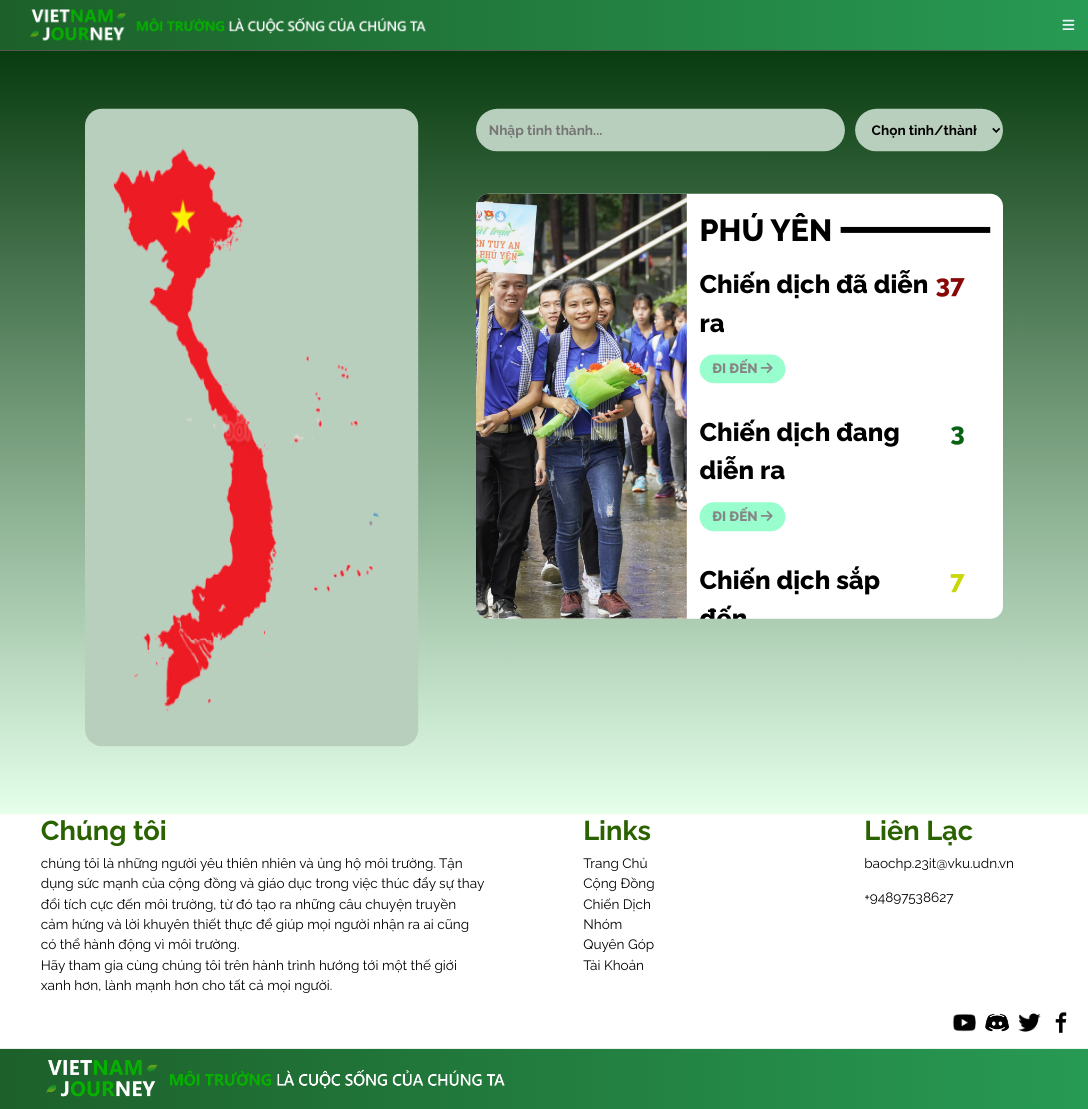
Repository: Boima12/Boima12.github.io_VietnamJourney
Page: HTML/ChienDich/ChienDich.html
An editor plug-in stored every save of this project. The page is shown before and after the next save, followed by the edit.
The browser window is 1280 px wide. The pictures show the whole page, at 85% of full size.

Above is the page before, as saved 2024-05-25 08:41:19.

### HTML/ChienDich/ChienDich.html
<!DOCTYPE html>
<HTML lang="en">

<HEAD>
    <TITLE>Chiến Dịch</TITLE>
    <meta charset="UTF-8">
    <meta name="viewport" content="width=device-width, initial-scale=1.0">

    <!-- Favicon -->
    <link rel="icon" type="image/x-icon" href="../../Images/yo.ico">

    <!--Bootstrap 5-->
    <link href="https://cdn.jsdelivr.net/npm/bootstrap@5.3.3/dist/css/bootstrap.min.css" rel="stylesheet">
    <script src="https://cdn.jsdelivr.net/npm/bootstrap@5.3.3/dist/js/bootstrap.bundle.min.js"></script>
    <!-- <link rel="stylesheet" href="https://cdn.jsdelivr.net/npm/bootstrap@4.6.2/dist/css/bootstrap.min.css" integrity="sha384-xOolHFLEh07PJGoPkLv1IbcEPTNtaed2xpHsD9ESMhqIYd0nLMwNLD69Npy4HI+N" crossorigin="anonymous"> -->
    <!-- Font Awesome -->
    <link rel="stylesheet" href="https://cdnjs.cloudflare.com/ajax/libs/font-awesome/6.5.1/css/all.min.css">

    <!-- CSS -->
    <link rel="stylesheet" href="ChienDich.css">
</HEAD>



<BODY style="background-color: #FFF4E6;">

    <!-- header là Navigation bar -->
    <header id="header1">
        <div class="logo">
            <img class="logo1" src="../../Images/header1.png" onclick="navToIntro()" style="height: 40px;">
            <img class="logo2" src="../../Images/header2.png" onclick="navToIntro()">
        </div>

        <div class="links">
            <nav>
                <a href="../TrangChu/TrangChu.html">TRANG CHỦ</a>
                <a href="../CongDong/CongDong.html">CỘNG ĐỒNG</a>
                <a href="../ChienDich/ChienDich.html">CHIẾN DỊCH</a>
                <a href="../Nhom/Nhom.html">NHÓM</a>
                <a href="../QuyenGop/QuyenGop.html">QUYÊN GÓP</a>
                <a href="../TaiKhoan/TaiKhoan.html">TÀI KHOẢN</a>
            </nav>
        </div>

        <div class="bar" onclick="MenuBar()">
            <i class="fa-solid fa-bars"></i>
        </div>

        <div id="overlay"></div>

        <div id="sidebar">
            <div class="sidebar-content">

                <div style="color: aliceblue;text-align: right;margin-top:0;" onclick="CloseBar()"><i
                        class="fa-solid fa-bars"></i></div>

                <!-- <p>VỀ CHÚNG TÔI <i class="fa-regular fa-address-card"></i></p> -->
                <a href="../TrangChu/TrangChu.html">TRANG CHỦ <i class="fa-solid fa-house"></i></a>
                <a href="../CongDong/CongDong.html">CỘNG ĐỒNG <i class="fa-solid fa-earth-americas"></i></a>
                <a href="../ChienDich/ChienDich.html">CHIẾN DỊCH <i class="fa-solid fa-fire"></i></a>
                <a href="../Nhom/Nhom.html">NHÓM <i class="fa-solid fa-people-group"></i></a>
                <a href="../QuyenGop/QuyenGop.html">QUYÊN GÓP <i class="fa-solid fa-hand-holding-dollar"></i></a>
                <a href="../TaiKhoan/TaiKhoan.html">TÀI KHOẢN <i class="fa-solid fa-user"></i></a>
            </div>

        </div>

    </header>
    <div style="height: 3rem;"></div> <!-- Cách một khoảng cho navigation bar -->















<!-- LÀM Ở ĐÂY -->
    <div class="section-one">
        <div class="container">
            <div class="row">
                <div class="col-xl-5  col-lg-5 col-md-12 col-sm-12 col-12">
                    <div class="map">
                        <img src="./images/bando.png" alt="bản đồ việt nam">
                    </div>
                </div>
                <div class="col-xl-7 col-lg-7 col-md-12 col-sm-12 col-12">
                    <div class="right">
                        <div class="search">
                            <input type="search" class="inner-search" placeholder="Nhập tỉnh thành...">
                            <select id="province" name="province" required>
                                <option value="" selected disabled>Chọn tỉnh/thành</option>
                            </select>
                        </div>
                        <div class="content">
                            <img src="./images/anh1.jpg" alt="">
                            <div class="inner-content">
                                <div class="inner-title">
                                    <div class="inner-text">PHÚ YÊN</div>
                                    <div class="inner-line"></div>
                                </div>
                                <div class="part">
                                    <div class="inner-content">
                                        <div class="inner-title">Chiến dịch đã diễn ra</div>
                                        <div class="inner-button">ĐI ĐẾN <i class="fa-solid fa-arrow-right"></i></div>
                                    </div>
                                    <div class="inner-count red">37</div>
                                </div>
                                <div class="part">
                                    <div class="inner-content">
                                        <div class="inner-title">Chiến dịch đang diễn ra</div>
                                        <div class="inner-button">ĐI ĐẾN <i class="fa-solid fa-arrow-right"></i></div>
                                    </div>
                                    <div class="inner-count green">3</div>
                                </div>
                                <div class="part">
                                    <div class="inner-content">
                                        <div class="inner-title">Chiến dịch sắp đến</div>
                                        <div class="inner-button">ĐI ĐẾN <i class="fa-solid fa-arrow-right"></i></div>
                                    </div>
                                    <div class="inner-count yellow">7</div>
                                </div>
                            </div>
                        </div>
                    </div>
                </div>
            </div>
        </div>
    </div>















    <footer>
        <div class="up">
            <div id="about">
                <h2>Chúng tôi</h2>
                <p>chúng tôi là những người yêu thiên nhiên và ủng hộ môi trường. Tận dụng sức mạnh của cộng đồng và giáo dục trong việc thúc đẩy sự thay đổi tích cực đến môi trường, từ đó tạo ra những câu chuyện truyền cảm hứng và lời khuyên thiết thực để giúp mọi người nhận ra ai cũng có thể hành động vì môi trường.<br>
                    Hãy tham gia cùng chúng tôi trên hành trình hướng tới một thế giới xanh hơn, lành mạnh hơn cho tất cả mọi người.
                </p>
            </div>

            <div id="quickLinks">
                <h2>Links</h2>
                <a href="../../HTML/TrangChu/TrangChu.html">Trang Chủ</a>
                <a href="../../HTML/CongDong/CongDong.html">Cộng Đồng</a>
                <a href="../../HTML/ChienDich/ChienDich.html">Chiến Dịch</a>
                <a href="../../HTML/Nhom/Nhom.html">Nhóm</a>
                <a href="../../HTML/QuyenGop/QuyenGop.html">Quyên Góp</a>
                <a href="../../HTML/TaiKhoan/TaiKhoan.html">Tài Khoản</a>
            </div>

            <div id="contacts">
                <h2>Liên Lạc</h2>
                <p>baochp.23it@vku.udn.vn</p>
                <p>+94897538627</p>
            </div>
        </div>


        <div class="mid">
            <a href="https://www.youtube.com/channel/UC1cpkfqLNp6I1HgNy2MUhUg"><img src="../../Images/youtube_icon.png"></a>
            <a href="https://discord.com/invite/45fkbZcj"><img src="../../Images/discord_icon.png"></a>
            <a href="https://x.com/dog_rates"><img src="../../Images/twitter_icon.png"></a>
            <a href="https://web.facebook.com/vku.udn.vn/?_rdc=1&_rdr"><img src="../../Images/facebook_icon.png"></a>
        </div>


        <div class="bot">
            <img class="logo1" src="../../Images/header1.png">
            <img class="logo2" src="../../Images/header2.png">
        </div>
    </footer>


    <!-- JavaScript -->
    <script src="../../Script/ChienDich.js"></script>
    <noscript>Your Browser doesn't support JavaScript</noscript>

</BODY>

</HTML>

### HTML/ChienDich/ChienDich.css
/* IMPORTING */
@font-face {
    font-family: Raleway;
    src: url("../../Fonts/Raleway-VariableFont_wght.ttf");
}

/* END IMPORTING */

/*BASE*/
* {
    box-sizing: border-box;
}

:root {
    --color-bg: #05390C;
    --color-green: #00FF0A;
    --color-text: #000000;
    --color-desc: #868686;
  }

body {
    color: var(--color-text);
}

.container {
    max-width: 100%;
    padding-left: 100px;
    padding-right: 100px;
}

/*BASE*/

/* Loại bỏ margin - padding global */
* {
    margin: 0px;
    padding: 0px;
}


/* global font */
* {
    font-family: Raleway;
}



/* NAVIGATION BAR */
header {
    display: flex;
    align-items: center;
    justify-content: space-between;
    position: fixed;
    width: 100%;
    height: 60px;
    border-bottom: 1.5px solid rgb(97, 94, 94);
    background: linear-gradient(to right, rgb(29, 96, 42), rgb(39, 154, 83));
    z-index: 999;
}


header div.logo img {
    width: auto;
    height: 2.9rem;
    /* margin-left: 3rem; */
}

header div.logo img.logo1 {
    display: block;
    padding-left: 10px;
    margin: 20px;
}

header div.logo img.logo2 {
    display: none;
}


header div.links nav {
    display: flex;
    justify-content: space-around;
    width: 100%;
}


header div.links nav a {
    margin: 0;
    padding: 0 1rem;

    cursor: pointer;

    text-decoration: none;
    color: white;
    font-size: 16px;
    font-weight: 600;
}


header div.links nav a:hover {
    color: #b8e994;
}


header div.bar {
    display: none;
    margin-right: 1rem;

    color: aliceblue;
    text-align: right;
}


header #overlay {
    display: none;
    position: fixed;

    top: 0;
    left: 0;
    width: 100%;
    height: 100%;

    background-color: rgba(0, 0, 0, 0.8);

    z-index: 9999;
}


header #sidebar {
    display: flex;
    justify-content: flex-end;
    float: right;

    position: fixed;

    top: 0;
    right: -20%;
    width: 20%;
    height: 100%;
    border: none;
    overflow: hidden;

    background: linear-gradient(to top, rgb(37, 79, 46), rgb(53, 189, 105));

    transition: right 0.3s ease-in-out;
    z-index: 10000;

}


header #sidebar.open {
    right: 0;
}


header #sidebar div.sidebar-content {
    display: flex;
    flex-direction: column;
    overflow-y: auto;
    overflow-x: hidden;
    padding: 1.5rem;
    width: 100%;
}


header #sidebar div.sidebar-content a {
    text-align: right;
    text-decoration: none;
    font-size: 1.2rem;

    color: aliceblue;
    margin-top: 1.5rem;

    margin-right: 0;
}


header #sidebar div.sidebar-content a:hover {
    color: #b8e994;
}


header #sidebar div.sidebar-content i {
    font-size: smaller;
}

/* END NAVIGATION BAR */

/* SECTION-ONE */
.section-one {
    background-image: linear-gradient(to bottom, #05390C, #E5FFEB);
    padding-top: 80px;
    padding-bottom: 80px;
}

.map {
    width: 90%;
    position: relative;
    border-radius: 20px;
    max-width: 100%;
    overflow: hidden;
    height: 750px;
    object-fit: cover;
    background-color: #b9cfbe ;
}

.map img {
    width: 100%;
    height: 100%;
}

.right {
    height: 600px;
}

.right .search {
    height: 50px;
    margin-bottom: 50px;
    display: flex;
    justify-content: space-between;
}

.right .search .inner-search {
    background-color: #B9CFBE;
    height: 100%;
    width: 70%;
    border-radius: 40px;
    border: none;
    padding: 5px 15px 5px 15px;
    font-size: 16px;
    font-weight: 700;
}

.right .search #province {
    background-color: #B9CFBE;
    height: 100%;
    width: 28%;
    border-radius: 40px;
    border: none;
    padding: 5px 15px 5px 15px;
    font-size: 16px;
    font-weight: 700;
}

.right .content {
    display: flex;
    border-radius: 15px;
    overflow: hidden;
    height: 500px;
    background-color: white;
}

.right .content img {
    width: 40%;
    height: auto;
    object-fit: cover;
}

.right .content .inner-content {
    width: 60%;
    padding: 15px;
}

.right .content .inner-content .inner-title {
    width: 100%;
    font-size: 36px;
    font-weight: 800;
    display: flex;
    align-items: center;
    margin-bottom: 15px;
}

.right .content .inner-content .inner-title .inner-text {
    display: inline-block;
}

.right .content .inner-content .inner-title .inner-line {
    flex-grow: 1;
    position: relative;
    height: 7px;
    background-color: #000000;
    line-height: 100%;
    margin-left: 10px;
}

.right .content .inner-content .part {
    width: 100%;
    display: flex;
    justify-content: space-between;
    margin-bottom: 35px;
}

.right .content .inner-content .part .inner-content {
    padding: 0;
    width: 80%;
}

.right .content .inner-content .part .inner-content .inner-title{
    font-size: 30px;
}

.right .content .inner-content .part .inner-content .inner-button {
    font-size: 16px;
    font-weight: 800;
    color: var(--color-desc);
    background-color: #98FECD;
    display: inline-block;
    padding: 5px 15px 5px 15px;
    border-radius: 20px;
}

.right .content .inner-content .part .inner-count {
    font-size: 30px;
    font-weight: 800;
    text-align: center;
    margin-right: 30px;
}

.right .content .inner-content .part .red {
    color: #880707;
}

.right .content .inner-content .part .green {
    color: #086214;
}

.right .content .inner-content .part .yellow {
    color: #c9d705;
}

/* END SECTION-ONE */











































/* Code CSS ở đây */






































/* FOOTER */
footer div.up {
    display: flex;
    justify-content: space-around;
    gap: 1.2rem;
    width: 100%;

    background-color: white;

}


footer div.up h2 {
    font-weight: bold;
    color: #2B6200;
}


footer div.up #about {
    display: flex;
    flex-direction: column;
    justify-content: flex-start;

    width: 50%;
    padding-left: 3rem;
    padding-right: 3rem;
}


footer div.up #quickLinks {
    display: flex;
    flex-direction: column;
    justify-content: flex-start;

    width: 25%;
    padding-left: 3rem;
    padding-right: 3rem;
}


footer div.up #quickLinks a {
    text-decoration: none;
    color: black;
}


footer div.up #contacts {
    display: flex;
    flex-direction: column;
    justify-content: flex-start;

    width: 25%;
    padding-left: 3rem;
    padding-right: 3rem;
}


footer div.mid {
    display: flex;
    justify-content: flex-end;
    gap: 0.5rem;

    width: 100%;
    padding-right: 1rem;
    padding-bottom: 1rem;
    background-color: white;
}


footer div.mid a img {
    width: 30px;
    height: 30px;
}


footer div.bot {
    display: flex;
    justify-content: flex-start;

    padding-left: 3rem;
    padding-top: 0.75rem;
    padding-bottom: 0.75rem;
    width: 100%;

    background: linear-gradient(to right, rgb(29, 96, 42), rgb(39, 154, 83));
}


footer div.bot img {
    width: auto;
    height: 2.9rem;
}


footer div.bot img.logo1 {
    display: block;
}


footer div.bot img.logo2 {
    display: none;
}


/* END FOOTER */













/* RESPONSIVE DESIGN */
@media (max-width: 1380px) {
    header div.links nav a {
        display: none;
    }

    header div.bar  {
        display: block;
    }

    header #sidebar {
        right: -30%;
        width: 30%;
    }
}


@media (max-width: 950px) {
    footer div.up {
        flex-direction: column;
    }

    footer div.up #about {
        width: 100%;
    }

    footer div.up #quickLinks {
        width: 100%;
    }

    footer div.up #contacts {
        width: 100%;
    }
}


@media (max-width: 630px) {
    header {
        height: 3.5rem;
    }

    header div.logo img.logo1 {
        display: none;
    }

    header div.logo img.logo2 {
        display: block;
    }

    header div.logo img {
        width: auto;
        height: 3.5rem;
        margin-left: 14rem;
    }

    header #sidebar {
        right: -50%;
        width: 50%;
    }

    footer div.bot {
        justify-content: center;
        padding-left: 0rem;
    }

    footer div.bot img {
        height: 3.5rem;
    }

    footer div.bot img.logo1 {
        display: none;
    }

    footer div.bot img.logo2 {
        display: block;
    }
}


@media (max-width: 560px) {
    header div.logo img {
        margin-left: 8rem;
    }

    header #sidebar {
        right: -60%;
        width: 60%;
    }
}


@media (max-width: 320px) {
    header div.logo img {
        margin-left: 5rem;
    }
}

/* END RESPONSIVE DESIGN */

### Script/ChienDich.js
// header menu bar
const overlay = document.getElementById('overlay');
const sidebar = document.getElementById('sidebar');

function MenuBar() {
    overlay.style.display = 'block';
    sidebar.classList.add('open');
}

function CloseBar() {
    overlay.style.display = 'none';
    sidebar.classList.remove('open');
}


// back to intro when click the logo
function navToIntro() {
    window.location.href = '../../index.html';
}


// navigation bar background transparency
// const header = document.getElementById('header1');
// function toggle_header() {
//     if (window.screenY == 0) {
//         header.style.background = 'linear-gradient(to right, rgba(29, 96, 42, 0), rgba(39, 154, 83, 0))';
//     } else if (window.screenY < 210) {
//         header.style.background = 'linear-gradient(to right, rgba(29, 96, 42, ' + parseInt(window.scrollY)*2 / 300 + '), rgba(39, 154, 83, ' + parseInt(window.scrollY)*2 / 300 + '))';
//     } else {
//         header.style.background = 'linear-gradient(to right, rgba(29, 96, 42, 0.7), rgba(39, 154, 83, 0.7))';
//     }
// }

// window.addEventListener('scroll', toggle_header);


const provinces = [
    "An Giang", "Bà Rịa - Vũng Tàu", "Bắc Giang", "Bắc Kạn", "Bạc Liêu",
    "Bắc Ninh", "Bến Tre", "Bình Định", "Bình Dương", "Bình Phước",
    "Bình Thuận", "Cà Mau", "Cần Thơ", "Cao Bằng", "Đà Nẵng",
    "Đắk Lắk", "Đắk Nông", "Điện Biên", "Đồng Nai", "Đồng Tháp",
    "Gia Lai", "Hà Giang", "Hà Nam", "Hà Nội", "Hà Tĩnh",
    "Hải Dương", "Hải Phòng", "Hậu Giang", "Hòa Bình", "Hưng Yên",
    "Khánh Hòa", "Kiên Giang", "Kon Tum", "Lai Châu", "Lâm Đồng",
    "Lạng Sơn", "Lào Cai", "Long An", "Nam Định", "Nghệ An",
    "Ninh Bình", "Ninh Thuận", "Phú Thọ", "Phú Yên", "Quảng Bình",
    "Quảng Nam", "Quảng Ngãi", "Quảng Ninh", "Quảng Trị", "Sóc Trăng",
    "Sơn La", "Tây Ninh", "Thái Bình", "Thái Nguyên", "Thanh Hóa",
    "Thừa Thiên Huế", "Tiền Giang", "TP Hồ Chí Minh", "Trà Vinh",
    "Tuyên Quang", "Vĩnh Long", "Vĩnh Phúc", "Yên Bái"
];

const select = document.getElementById('province');

provinces.forEach(province => {
    const option = document.createElement('option');
    option.value = province;
    option.textContent = province;
    select.appendChild(option);
});

After the next save:
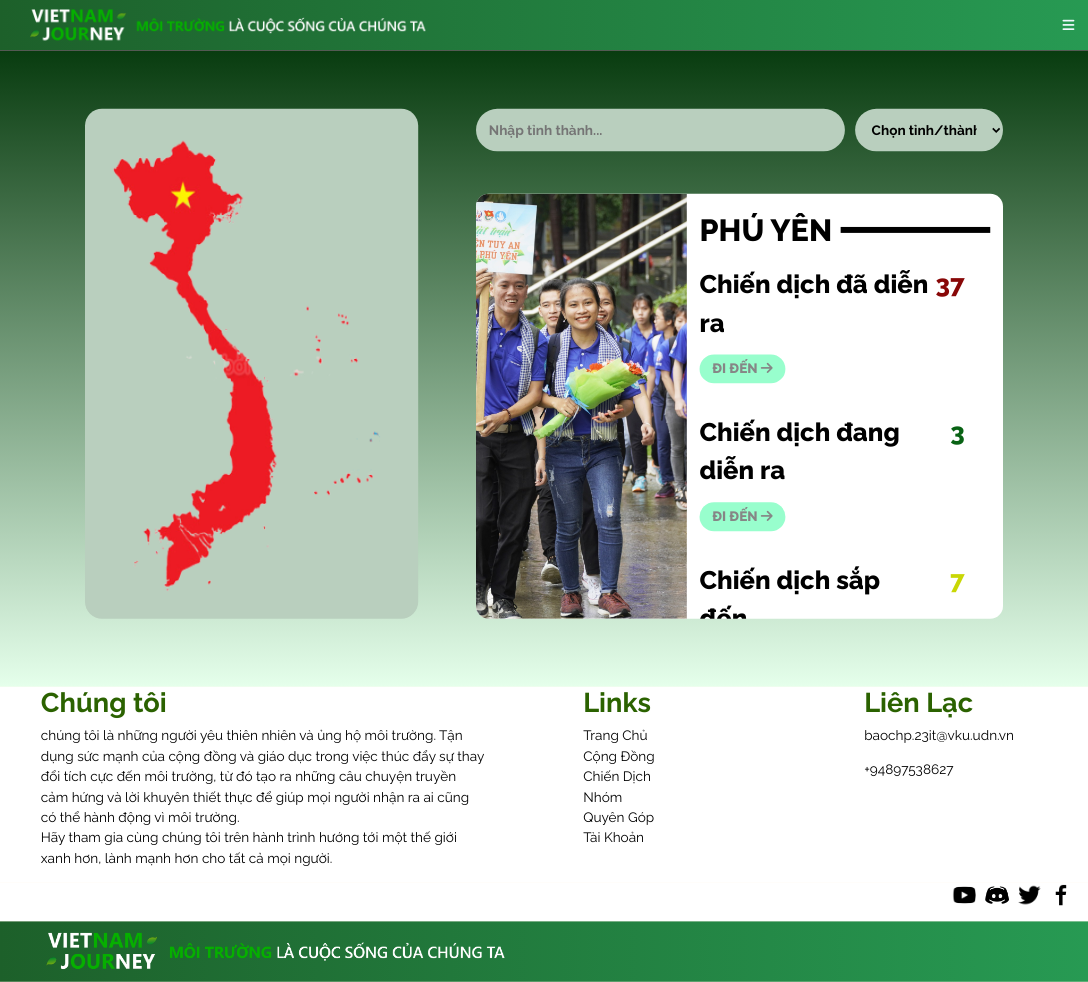
Saved 5 s later.
--- a/HTML/ChienDich/ChienDich.css
+++ b/HTML/ChienDich/ChienDich.css
@@ -197,7 +197,7 @@ header #sidebar div.sidebar-content i {
     border-radius: 20px;
     max-width: 100%;
     overflow: hidden;
-    height: 750px;
+    height: 600px;
     object-fit: cover;
     background-color: #b9cfbe ;
 }
